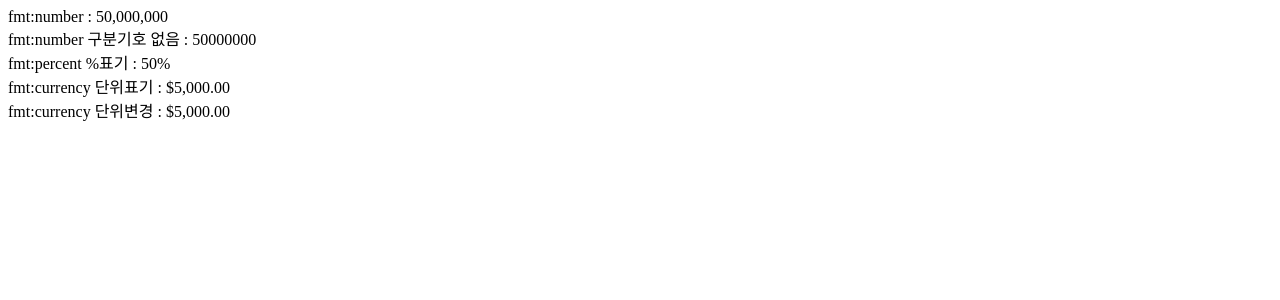
Repository: UnibusK/Java-Study
Page: http://localhost/JSP32/
An editor plug-in stored every save of this project. The page is shown before and after the next save, followed by the edit.
The browser window is 1280 px wide. The pictures show the whole page.
The page is served by Tomcat 9.

Above is the page before, as saved 2023-12-07 07:16:16.

### JSP/JSP32/src/main/webapp/index.jsp
<%@ page language="java" contentType="text/html; charset=UTF-8"
    pageEncoding="UTF-8"%>
<%@ taglib uri="http://java.sun.com/jsp/jstl/core" prefix="c" %>
<%--포멧 태그 불러오기 --%>
<%@ taglib uri="http://java.sun.com/jsp/jstl/fmt" prefix="fmt" %>
<!DOCTYPE html>
<html>
	<head>
		<meta charset="UTF-8">
		<title>JSTL 포멧태그 사용</title>
	</head>
	<body>
		<c:set var="num" value="50000000" scope="page"></c:set>
		fmt:number : <fmt:formatNumber value="${num }" type="number"></fmt:formatNumber><br>
		fmt:number 구분기호 없음 : <fmt:formatNumber value="${num }" type="number" groupingUsed="false"></fmt:formatNumber><br>
		fmt:percent %표기 : <fmt:formatNumber value="0.5" type="percent"></fmt:formatNumber><br>
		fmt:currency 단위표기 : <fmt:formatNumber value="5000" type="currency"></fmt:formatNumber><br>
		fmt:currency 단위변경 : <fmt:formatNumber value="5000" type="currency" currencySymbol="$"></fmt:formatNumber><br>
	</body>
</html>

After the next save:
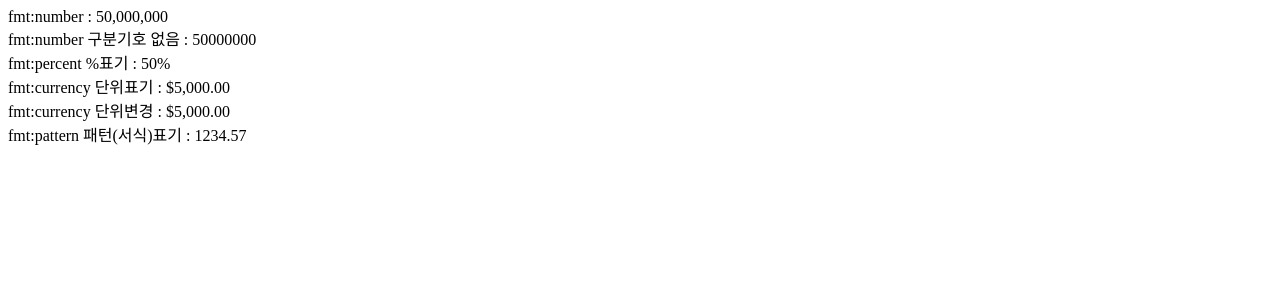
Saved 93 s later.
--- a/JSP/JSP32/src/main/webapp/index.jsp
+++ b/JSP/JSP32/src/main/webapp/index.jsp
@@ -16,5 +16,6 @@
 		fmt:percent %표기 : <fmt:formatNumber value="0.5" type="percent"></fmt:formatNumber><br>
 		fmt:currency 단위표기 : <fmt:formatNumber value="5000" type="currency"></fmt:formatNumber><br>
 		fmt:currency 단위변경 : <fmt:formatNumber value="5000" type="currency" currencySymbol="$"></fmt:formatNumber><br>
+		fmt:pattern 패턴(서식)표기 : <fmt:formatNumber value="1234.5678" pattern="0.0#"></fmt:formatNumber><br>
 	</body>
 </html>
